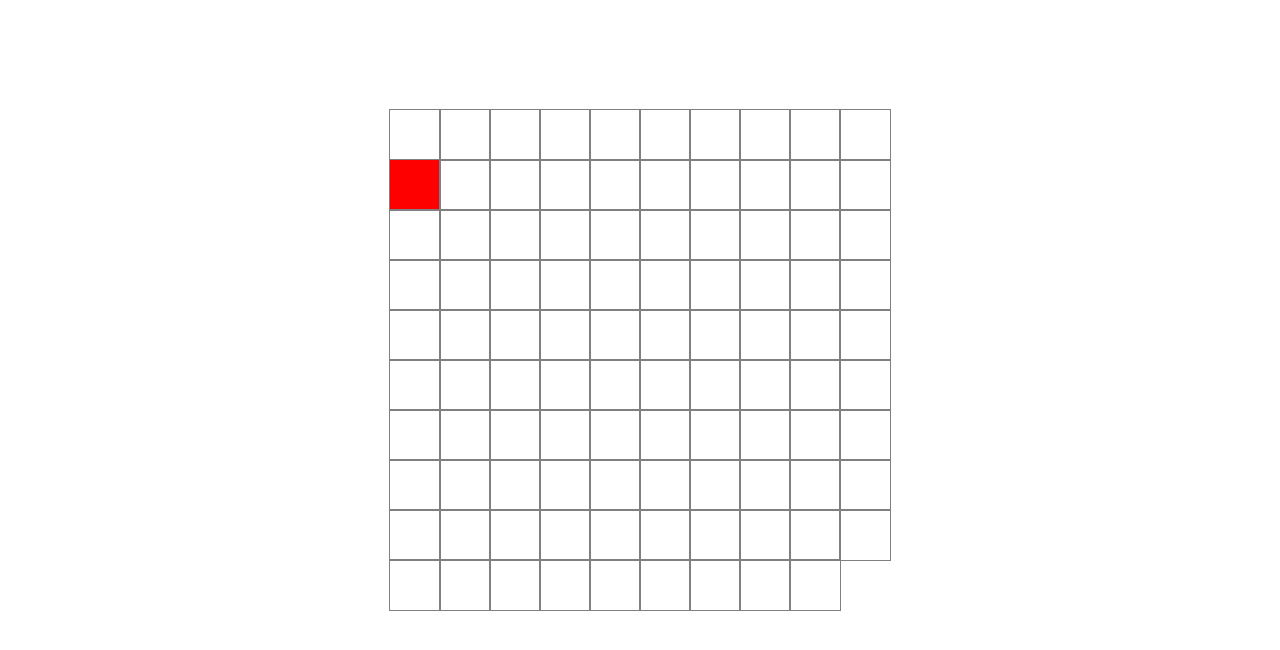
Repository: meills/react-snake
Page: /
An editor plug-in stored every save of this project. The page is shown before and after the next save, followed by the edit.
The browser window is 1280 px wide. The pictures show the whole page.
The project was rebuilt for these pictures with package versions that can differ from the ones it lists, and the page was loaded fresh each time. Also part of the build but not shown: src/styles/App.css.

Above is the page before, as saved 2020-06-09 15:05:28.

After the next save:
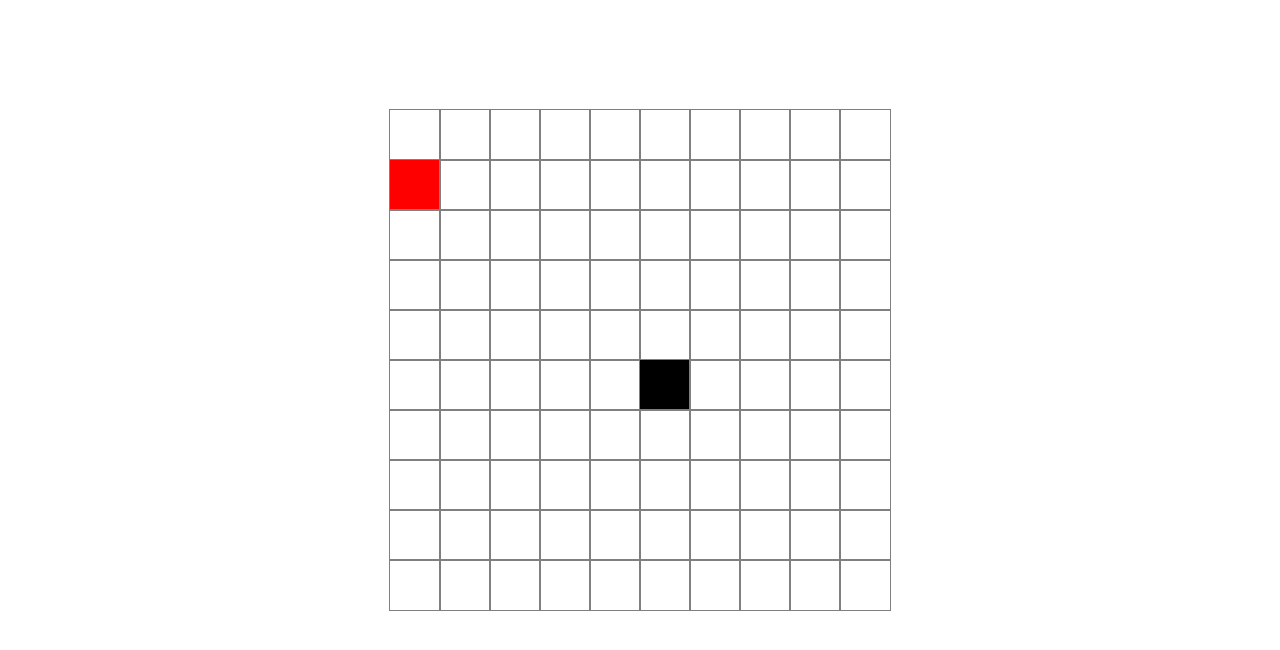
Saved 57 s later.
--- a/src/components/Grid.js
+++ b/src/components/Grid.js
@@ -58,7 +58,7 @@ class Grid extends React.Component {
     render() {
         const gridItems = this.state.grid.map((grid) => {
             return <div key={grid.row.toString() + "," + grid.col.toString()}
-                        className={(grid.isFood ? "grid-item is-food" : "grid-item") + (grid.isHead ? "snake-head" : "") }>
+                        className={(grid.isFood ? "grid-item is-food" : "grid-item") + (grid.isHead ? " snake-head" : "") }>
                     </div>;
         });
 
